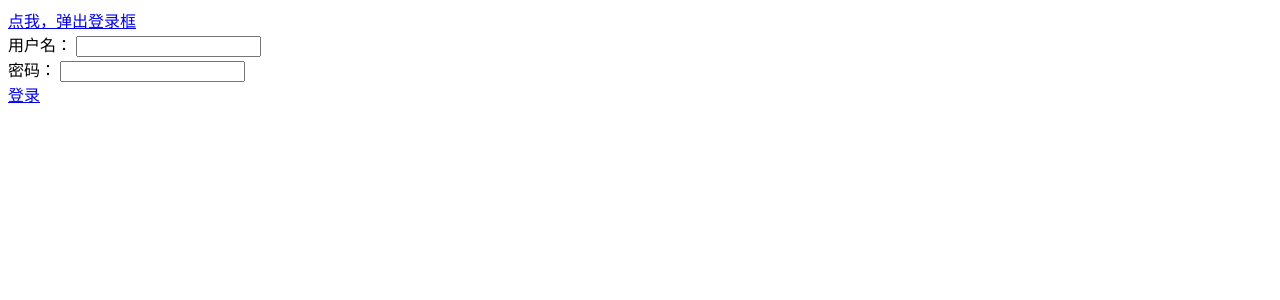
Repository: szl156/class
Page: review/javascript/test/test.html
These files come from the project's save history. The page is drawn as it stood at one moment and after the next save; the edit follows.
The browser window is 1280 px wide. The pictures show the whole page.

Above is the page before, as saved 2022-07-25 16:18:29.

### review/javascript/test/test.html
<!DOCTYPE html>
<html lang="en">

<head>
    <meta charset="UTF-8">
    <meta http-equiv="X-UA-Compatible" content="IE=edge">
    <meta name="viewport" content="width=device-width, initial-scale=1.0">
    <title>拟态框实现</title>
    <style>
        .login-bg {
            background-color: red;
            width: 100%;
        }
    </style>
</head>

<body>
    <div class="login-header">
        <a href="javascript:;" id="link">点我，弹出登录框</a>
    </div>
    <div class="login-input-content">
        <div class="login-input">
            <label for="uname">用户名：</label>
            <input type="text" id="uname" name="uname">
        </div>
        <div class="login-input">
            <label for="">密码：</label>
            <input type="password" name="psw" id="psw">
        </div>
        <div id="loginBtn" class="login-button"><a href="javascript:;">登录</a></div>
    </div>
    <div class="login-bg" id="bg"></div>
    <script>
    </script>
</body>

</html>

After the next save:
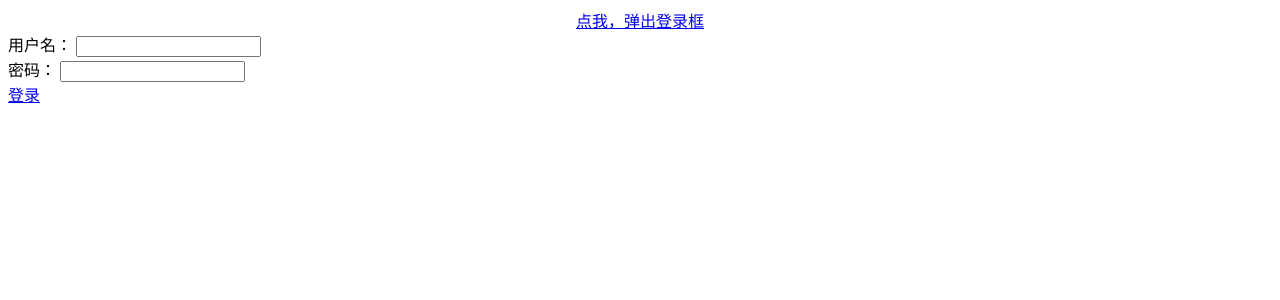
Saved 48 s later.
--- a/review/javascript/test/test.html
+++ b/review/javascript/test/test.html
@@ -7,9 +7,8 @@
     <meta name="viewport" content="width=device-width, initial-scale=1.0">
     <title>拟态框实现</title>
     <style>
-        .login-bg {
-            background-color: red;
-            width: 100%;
+        .login-header {
+            text-align: center;
         }
     </style>
 </head>
